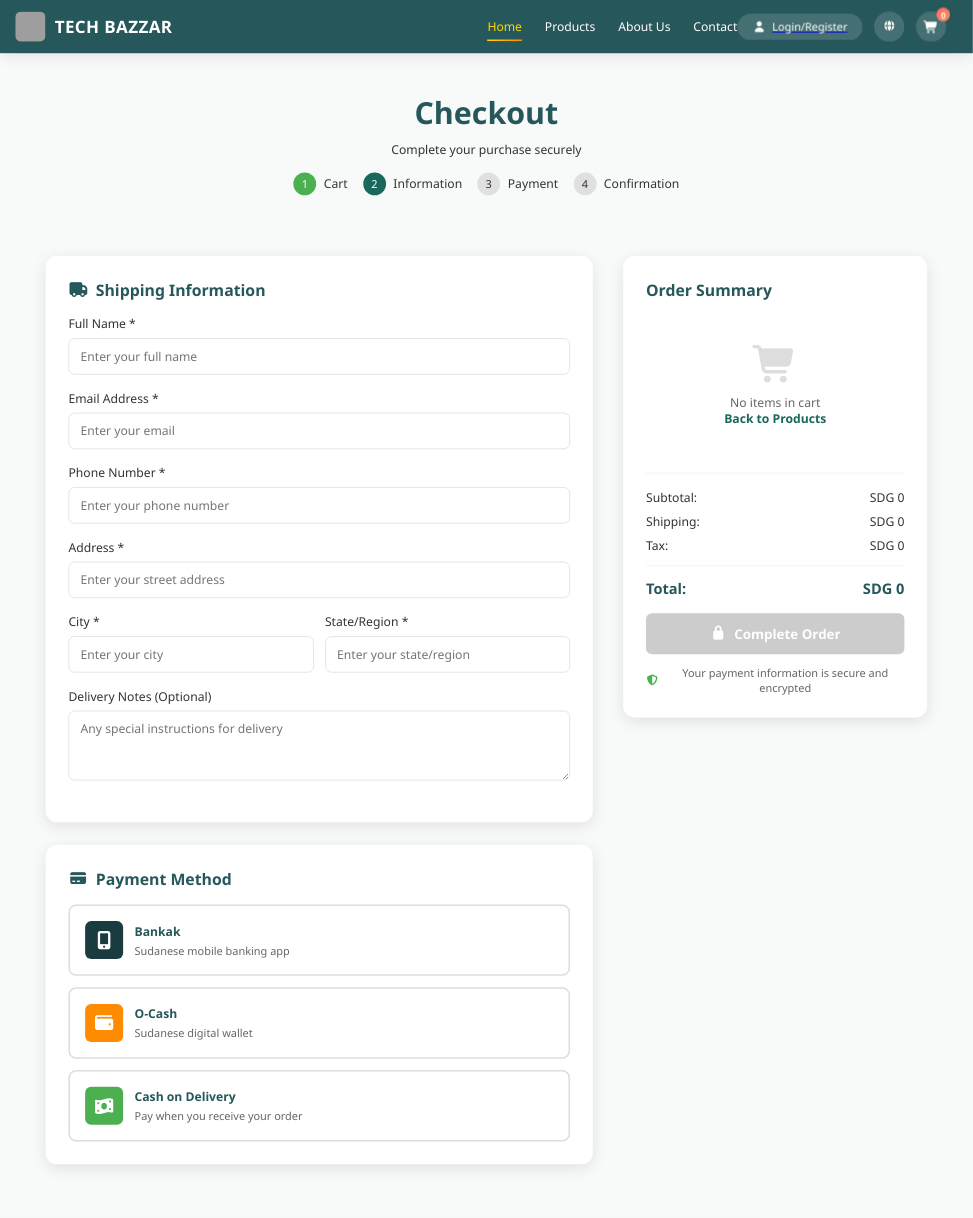
Repository: Ibrahim-ALkhder/used-electronics-store
Page: checkout/checkout.html
The author's editor kept a copy of each file at every save. The page is drawn from the files as they stood at one save, then again after the next save.
The browser window is 1280 px wide. The pictures show the whole page, at 76% of full size.
Pictures or frames that could not be fetched are drawn as grey boxes. Some web libraries are served in a nearby version.

Above is the page before, as saved 2025-09-26 00:24:57.
Console error: TypeError: this.updateLoginUI is not a function

### checkout/checkout.html
<!DOCTYPE html>
<html lang="en">
<head>
    <meta charset="UTF-8">
    <meta name="viewport" content="width=device-width, initial-scale=1.0">
    <title>Checkout - Tech Bazzar</title>
    <link rel="stylesheet" href="style.css">
    <link rel="stylesheet" href="https://cdnjs.cloudflare.com/ajax/libs/font-awesome/7.0.1/css/all.min.css">

</head>
<body>
      <nav>
    <div class="nav-container">
        <div class="logo">
            <img src="../home/image/logo.png" alt="Tech Bazzar Logo" class="logo-img">
            <p>Tech Bazzar</p>
        </div>

        <!-- Hamburger Menu Button -->
        <button class="hamburger-btn" aria-label="Toggle menu">
            <span></span>
            <span></span>
            <span></span>
        </button>

        <div class="nav-menu">
            <ul class="nav-links">
                <li><a href="../home/index.html" class="nav-link active">Home</a></li>
                <li><a href="../products/products.html" class="nav-link">Products</a></li>
                <li><a href="#about" class="nav-link">About Us</a></li>
                <li><a href="#contact" class="nav-link">Contact</a></li>
            </ul>

            <div class="nav-right">
                <!-- تم تصحيح المسار هنا -->
                <a href="../login/login.html"><button class="login-btn">
                    <i class="fas fa-user"></i>
                    <span>Login/Register</span>
                </button></a>

                <button class="language-btn" aria-label="Change language">
                    <i class="fa-solid fa-globe"></i>
                </button>
                <a href="#cart" class="cart-btn" aria-label="Shopping cart">
                    <i class="fa-solid fa-cart-shopping"></i>
                    <span class="cart-count">3</span>
                </a>
            </div>
        </div>

        <!-- Mobile Search Bar -->
        <div class="mobile-search">
            <div class="search-container">
                <input type="text" placeholder="Search products..." class="search-input">
                <button class="search-btn" aria-label="Search">
                    <i class="fas fa-search"></i>
                </button>
            </div>
        </div>
    </div>
</nav>
<!-- Navigation End -->

    <!-- Checkout Content -->
    <div class="checkout-container">
        <div class="checkout-header">
            <h1>Checkout</h1>
            <p>Complete your purchase securely</p>

            <div class="checkout-steps">
                <div class="step completed">
                    <div class="step-number">1</div>
                    <span>Cart</span>
                </div>
                <div class="step active">
                    <div class="step-number">2</div>
                    <span>Information</span>
                </div>
                <div class="step">
                    <div class="step-number">3</div>
                    <span>Payment</span>
                </div>
                <div class="step">
                    <div class="step-number">4</div>
                    <span>Confirmation</span>
                </div>
            </div>
        </div>

        <div class="checkout-main">
            <!-- Shipping Information -->
            <div class="checkout-section">
                <h2 class="section-title">
                    <i class="fas fa-truck"></i>
                    Shipping Information
                </h2>

                <div class="form-group">
                    <label class="form-label" for="fullName">Full Name *</label>
                    <input type="text" id="fullName" class="form-input" placeholder="Enter your full name" required>
                </div>

                <div class="form-group">
                    <label class="form-label" for="email">Email Address *</label>
                    <input type="email" id="email" class="form-input" placeholder="Enter your email" required>
                </div>

                <div class="form-group">
                    <label class="form-label" for="phone">Phone Number *</label>
                    <input type="tel" id="phone" class="form-input" placeholder="Enter your phone number" required>
                </div>

                <div class="form-group">
                    <label class="form-label" for="address">Address *</label>
                    <input type="text" id="address" class="form-input" placeholder="Enter your street address" required>
                </div>

                <div class="form-row">
                    <div class="form-group">
                        <label class="form-label" for="city">City *</label>
                        <input type="text" id="city" class="form-input" placeholder="Enter your city" required>
                    </div>

                    <div class="form-group">
                        <label class="form-label" for="state">State/Region *</label>
                        <input type="text" id="state" class="form-input" placeholder="Enter your state/region" required>
                    </div>
                </div>

                <div class="form-group">
                    <label class="form-label" for="notes">Delivery Notes (Optional)</label>
                    <textarea id="notes" class="form-input" rows="3" placeholder="Any special instructions for delivery"></textarea>
                </div>
            </div>

            <!-- Payment Method -->
            <div class="checkout-section">
                <h2 class="section-title">
                    <i class="fas fa-credit-card"></i>
                    Payment Method
                </h2>

                <div class="payment-methods">
                    <!-- Bankak Payment -->
                    <div class="payment-method" data-method="bankak">
                        <div class="payment-icon bankak-icon">
                            <i class="fas fa-mobile-alt"></i>
                        </div>
                        <div class="payment-details">
                            <div class="payment-name">Bankak</div>
                            <div class="payment-description">Sudanese mobile banking app</div>
                        </div>
                        <i class="fas fa-check-circle" style="color: #18685b; display: none;"></i>
                    </div>

                    <!-- O-Cash Payment -->
                    <div class="payment-method" data-method="ocash">
                        <div class="payment-icon ocash-icon">
                            <i class="fas fa-wallet"></i>
                        </div>
                        <div class="payment-details">
                            <div class="payment-name">O-Cash</div>
                            <div class="payment-description">Sudanese digital wallet</div>
                        </div>
                        <i class="fas fa-check-circle" style="color: #18685b; display: none;"></i>
                    </div>

                    <!-- Cash on Delivery -->
                    <div class="payment-method" data-method="cod">
                        <div class="payment-icon cod-icon">
                            <i class="fas fa-money-bill-wave"></i>
                        </div>
                        <div class="payment-details">
                            <div class="payment-name">Cash on Delivery</div>
                            <div class="payment-description">Pay when you receive your order</div>
                        </div>
                        <i class="fas fa-check-circle" style="color: #18685b; display: none;"></i>
                    </div>
                </div>

                <!-- Payment Instructions -->
                <div id="bankak-instructions" class="payment-instructions">
                    <h3>How to pay with Bankak:</h3>
                    <ol>
                        <li>Open the Bankak app on your phone</li>
                        <li>Go to the "Payments" section</li>
                        <li>Select "Pay to Merchant"</li>
                        <li>Enter merchant code: <strong>TB1234</strong></li>
                        <li>Enter the total amount shown above</li>
                        <li>Complete the transaction</li>
                    </ol>
                </div>

                <div id="ocash-instructions" class="payment-instructions">
                    <h3>How to pay with O-Cash:</h3>
                    <ol>
                        <li>Open the O-Cash app on your phone</li>
                        <li>Go to the "Send Money" section</li>
                        <li>Select "To Merchant"</li>
                        <li>Enter merchant ID: <strong>TB5678</strong></li>
                        <li>Enter the total amount shown above</li>
                        <li>Complete the transaction</li>
                    </ol>
                </div>

                <div id="cod-instructions" class="payment-instructions">
                    <h3>Cash on Delivery Information:</h3>
                    <ul>
                        <li>You will pay when you receive your order</li>
                        <li>Please have the exact amount ready</li>
                        <li>Our delivery agent will provide a receipt</li>
                        <li>You can inspect the product before payment</li>
                    </ul>
                </div>
            </div>
        </div>

        <!-- Order Summary -->
        <div class="order-summary">
            <h2 class="summary-title">Order Summary</h2>

            <div class="order-items" id="orderItems">
                <!-- Order items will be dynamically added here -->
            </div>

            <div class="summary-totals">
                <div class="total-row">
                    <span>Subtotal:</span>
                    <span class="total-amount" id="subtotalAmount">SDG 0</span>
                </div>
                <div class="total-row">
                    <span>Shipping:</span>
                    <span class="total-amount" id="shippingAmount">SDG 0</span>
                </div>
                <div class="total-row">
                    <span>Tax:</span>
                    <span class="total-amount" id="taxAmount">SDG 0</span>
                </div>
                <div class="total-row grand-total">
                    <span>Total:</span>
                    <span class="total-amount" id="totalAmount">SDG 0</span>
                </div>
            </div>

            <button id="checkout-btn" class="checkout-btn" disabled>
                <i class="fas fa-lock"></i> Complete Order
            </button>

            <div class="security-notice">
                <i class="fas fa-shield-alt"></i>
                <span>Your payment information is secure and encrypted</span>
            </div>
        </div>
    </div>

    <script src="script.js"></script>


</body>
</html>

Loaded but not shown: checkout/script.js (406 lines, source omitted); checkout/style.css (827 lines, source omitted)

After the next save:
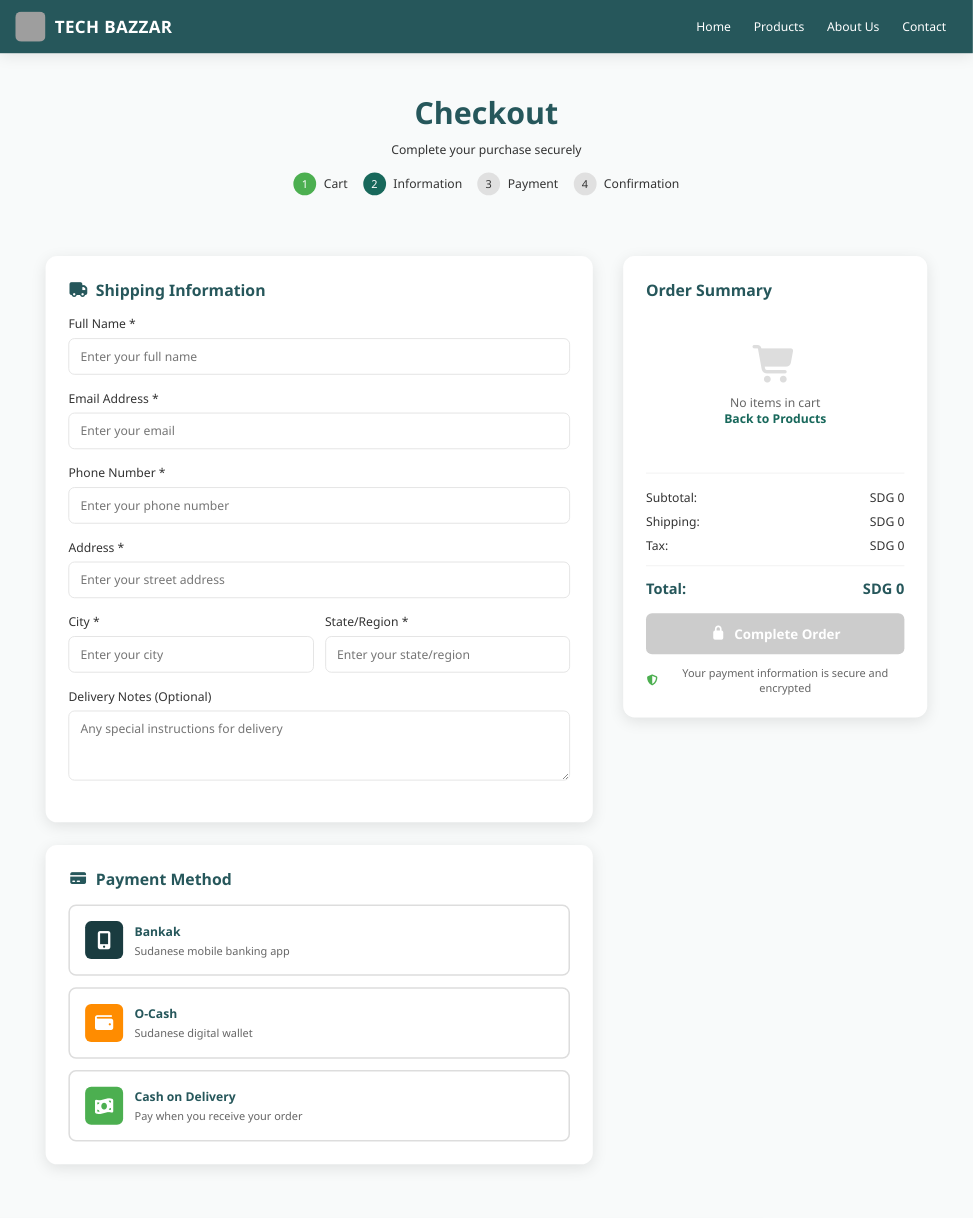
Console error: TypeError: Cannot set properties of null (setting 'textContent')
Saved 5 min 50 s later.
--- a/checkout/checkout.html
+++ b/checkout/checkout.html
@@ -9,14 +9,13 @@
 
 </head>
 <body>
-      <nav>
+       <nav>
     <div class="nav-container">
         <div class="logo">
             <img src="../home/image/logo.png" alt="Tech Bazzar Logo" class="logo-img">
             <p>Tech Bazzar</p>
         </div>
 
-        <!-- Hamburger Menu Button -->
         <button class="hamburger-btn" aria-label="Toggle menu">
             <span></span>
             <span></span>
@@ -25,30 +24,17 @@
 
         <div class="nav-menu">
             <ul class="nav-links">
-                <li><a href="../home/index.html" class="nav-link active">Home</a></li>
+                <li><a href="../home/index.html" class="nav-link">Home</a></li>
                 <li><a href="../products/products.html" class="nav-link">Products</a></li>
                 <li><a href="#about" class="nav-link">About Us</a></li>
                 <li><a href="#contact" class="nav-link">Contact</a></li>
             </ul>
 
-            <div class="nav-right">
-                <!-- تم تصحيح المسار هنا -->
-                <a href="../login/login.html"><button class="login-btn">
-                    <i class="fas fa-user"></i>
-                    <span>Login/Register</span>
-                </button></a>
-
-                <button class="language-btn" aria-label="Change language">
-                    <i class="fa-solid fa-globe"></i>
-                </button>
-                <a href="#cart" class="cart-btn" aria-label="Shopping cart">
-                    <i class="fa-solid fa-cart-shopping"></i>
-                    <span class="cart-count">3</span>
-                </a>
-            </div>
-        </div>
-
-        <!-- Mobile Search Bar -->
+            <div class="nav-right" id="navRight">
+                <!-- سيتم تعبئة هذا الجزء بالـ JavaScript -->
+            </div>
+        </div>
+
         <div class="mobile-search">
             <div class="search-container">
                 <input type="text" placeholder="Search products..." class="search-input">
@@ -59,6 +45,7 @@
         </div>
     </div>
 </nav>
+
 <!-- Navigation End -->
 
     <!-- Checkout Content -->
